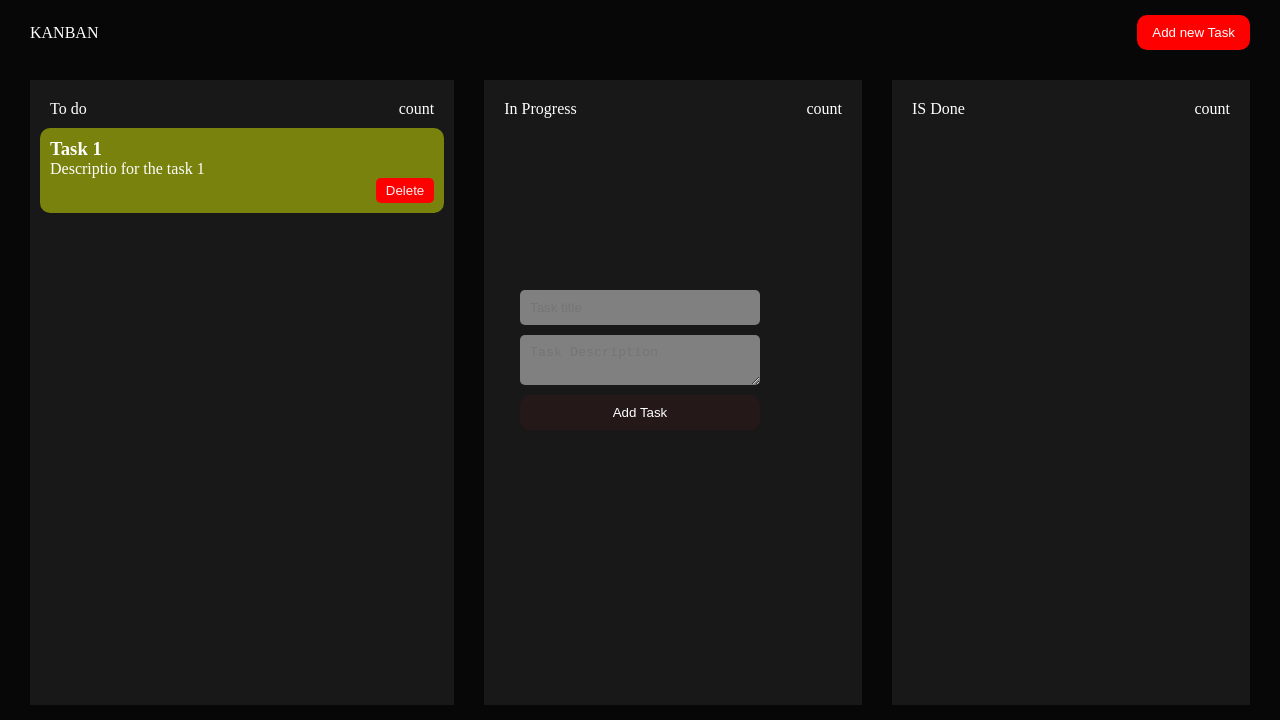
Repository: Sandeepji-5/Kanban-board
Page: index.html
These files come from the project's save history. The page is drawn as it stood at one moment and after the next save; the edit follows.
The browser window is 1280 px wide. The pictures show the whole page.

Above is the page before, as saved 2025-12-09 15:14:50.

### index.html
<!DOCTYPE html>
<html lang="en">
<head>
    <meta charset="UTF-8">
    <meta name="viewport" content="width=device-width, initial-scale=1.0">
    <title>Document</title>
    <link rel="stylesheet" href="style.css">
</head>
<body>
    <main>
        <nav>
            <div class="left">KANBAN</div>
            <div class="right"><button id="toggle-modal">Add new Task</button></div>
        </nav>
        <section class="board">
            <div   id="todo" class="task-column">
                <div class="heading">
                    <div class="left">To do </div>
                      <div class="right">count</div>
                </div>
                <div draggable="true" class="task">
                    <h3>Task 1</h3>
                    <p>Descriptio for the task 1 </p>
                    <button>Delete</button>
                </div>
            </div>
            <div id="progress" class="task-column">
                <div class="heading">
                    <div class="left">In Progress</div>
                    <div class="right">count</div>
                </div>

            </div>
            <div  id="done"   class="task-column">
                <div class="heading">
                    <div class="left">IS Done </div>
                    <div class="right"> count</div>
                </div>

            </div>
        </section>


    </main>

    <div class="modal add-new-task">
        <div class="bg">


        <div class="center">
        <input type="text" placeholder="Task title"/>
        <textarea placeholder="Task Description"></textarea>
        <button id="add-new-task" class="add-task-btn"> Add Task</button>
        </div>
        </div>
    </div>



    <script src="kanban.js"></script>
</body>
</html>

### style.css
* {
    margin: 0;
    padding: 0;

    box-sizing: border-box;
}

html,
body {
    width: 100%;
    height: 100%;

}

:root {
    --bg-color: #0000000;
    --bg-button-color: rgb(24, 24, 24);
    --primary-text-color: #f4f4f4;
    --bg-task-color:gray;
    --bg-delete-color:red;



    /* padding 1 rem 2 rem */
    --nav-padding: 15px 30px;
    --section-padding: 15px 30px;
    --padding-s: 5px;
    --padding-m: 10px;
    --padding-l: 15px;
    --padding-xl: 20px;
    --padding-xxl: 30px;


    /* border radius variable  */



    --border-radius-s:5px;
    --border-radius-m:10px;
    --border-radius-l:15px;
    --border-radius-xl:20px;
    --border-radius-xxl:30px;


}

body {
    background-color: rgb(7, 7, 7);
    color: white;
}
main{
    display: flex;
    height: 100%;
    width: 100%;
    flex-direction: column;


}

nav{
    padding: var(--nav-padding);
    display: flex;
    align-items: center;
    justify-content: space-between;

}
nav button{
    background-color: red;
    color: white;
    border: none;
    outline: none;
    padding: var(  --padding-m) var(  --padding-l);
    cursor: pointer;
    border-radius:var(--border-radius-m) ;

}


section{
    padding:var(--section-padding);
    /* height: 100%; */
    display: flex;
    flex-grow: 1;
    justify-content: space-between;

    gap: var(--padding-xxl);

}
section .task-column{
    padding: var(--padding-m);
    background-color: var(--bg-button-color);
    flex-grow: 1  ;
    padding: var(--padding-m)  ;
    display: flex;
    flex-direction: column;
    transition: all 0.7s cubic-bezier(0.19, 1, 0.22, 1);




}
section .task-column.hover-over {
     border: 2px dashed rgb(247, 246, 246);
    transform: scale(1.05);
}
section .task-column .heading{
    display: flex;
    justify-content: space-between ;
    padding: var(--padding-m);
}


section .task-column  .task{

    display: flex;
    flex-direction: column;
    padding: var(--padding-m);
    border-radius: var(--border-radius-m);
    /* background-color: var(--bg-task-color); */
     background-color:rgba(150, 163, 8, 0.763);


}

section .task-column .task button{
    align-self: flex-end;
    cursor: pointer;
    padding: var(--padding-s) var(--padding-m);
    border-radius: var(--border-radius-s);
    border: none;
    outline: none;
    background-color: var(--bg-delete-color);
    color: var(--primary-text-color)  ;
}

.modal{

    position: fixed;
    top: 0;
    left: 0;
    height: 100vh;
    width: 100vw;
    display: flex;
    align-items: center;
    justify-content: center;







}


.modal .center{
    background-color: var(--bg-button-color);
    padding: var(--padding-xxl);
    border-radius: var(--border-radius-m);
    display: flex;
    flex-direction: column;
    gap: var(--padding-m);
    min-width: 300px;

}

.modal .center input,.modal .center textarea, .modal .center select {
    background-color: var(--bg-task-color);
    padding: var(--padding-m);
    border-radius: var(--border-radius-s);
    border: none;
    outline: none;
    color: var(--primary-text-color);

}

.modal .center button{
    background-color: rgb(36, 24, 24);
    color: white;
    border: none;
    outline: none;
    padding: var(  --padding-m) var(  --padding-l);
    cursor: pointer;
    border-radius:var(--border-radius-m) ;

}

### kanban.js
const todo = document.querySelector('#todo');
const progress = document.querySelector('#progress')
const done = document.querySelector('#done');
const tasks = document.querySelectorAll('.task');
let draggedElement = null;

tasks.forEach(task => {
    task.addEventListener("drag", () => {

        draggedElement = task;
    })
})

// progress.addEventListener('dragenter',(e)=>{
//     progress.classList.add('hover-over');
// })


// progress.addEventListener('dragleave', (e)=>{
//     progress.classList.remove('hover-over');
// })


function addDragEventsOnColumn(column) {

    column.addEventListener('dragenter', (e) => {
        e.preventDefault();
        column.classList.add('hover-over');
    });

    column.addEventListener('dragleave', (e) => {
        e.preventDefault();
        column.classList.remove('hover-over');
    })

    column.addEventListener("dragover", (e) => {
        e.preventDefault();
    })

    column.addEventListener('drop', (e) => {

        column.appendChild(draggedElement)
        console.log("draggedElement", draggedElement, column);
        column.classList.remove('hover-over')
         e.preventDefault();
    })

}

addDragEventsOnColumn(todo);
addDragEventsOnColumn(progress)
addDragEventsOnColumn(done)






// const toggleModal = document.querySelector('#toggle-modal');
// const modal = document.querySelector('.modal')
// const addTaskbtn = document.querySelector('.add-task-btn')



// toggleModal.addEventListener('click',()=>{
// modal.classList.add('active');
// })

// addTaskbtn.addEventListener('click', ()=>{
//     modal.classList.remove('active');
// })

After the next save:
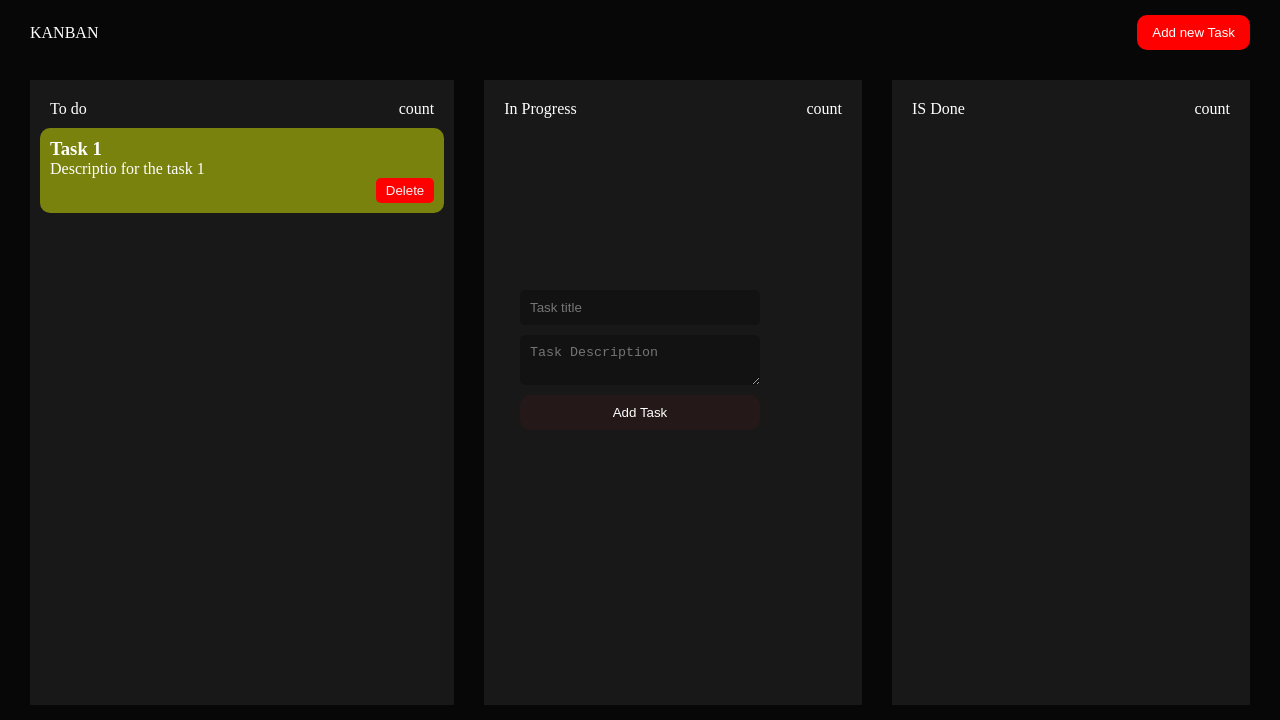
Saved 7 s later.
--- a/style.css
+++ b/style.css
@@ -16,7 +16,7 @@ body {
     --bg-color: #0000000;
     --bg-button-color: rgb(24, 24, 24);
     --primary-text-color: #f4f4f4;
-    --bg-task-color:gray;
+    --bg-task-color:rgb(19, 18, 18);
     --bg-delete-color:red;
 
 
